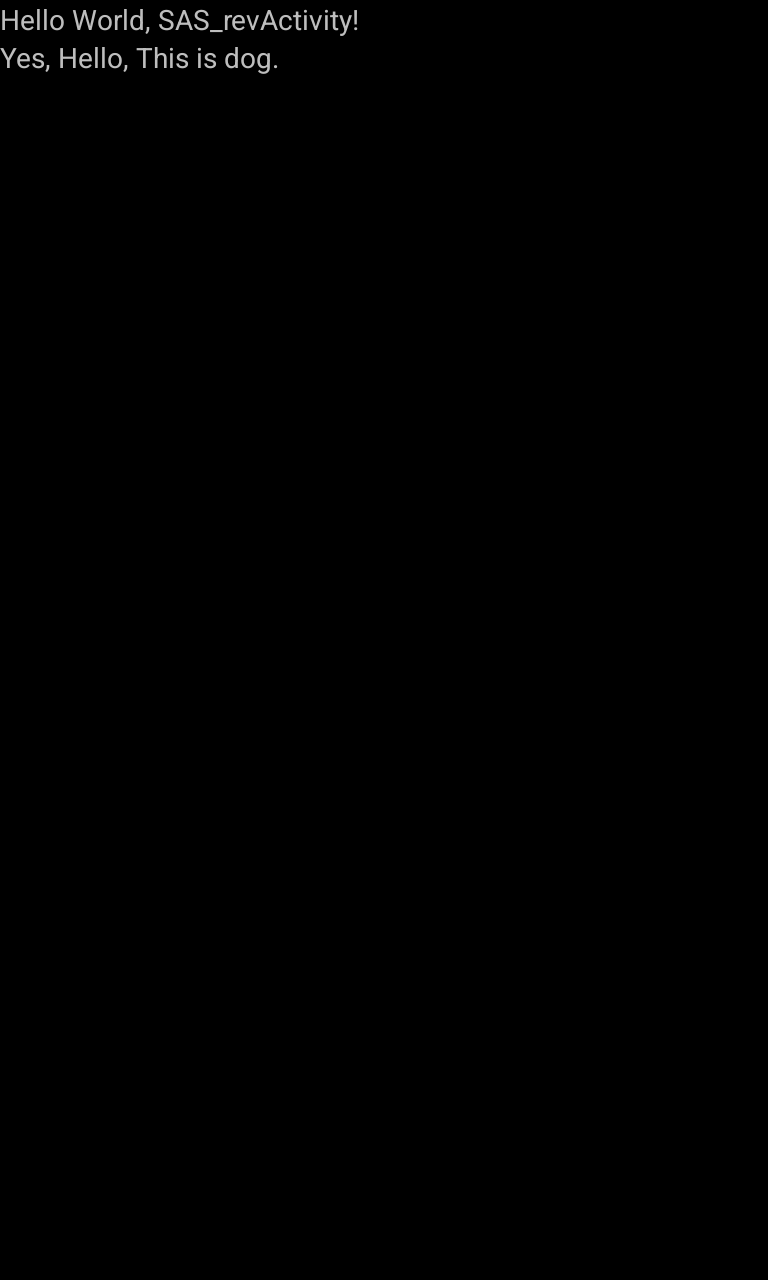
Repository: RaabsIn513/eclipse_workspace
Layout: SAS_rev/res/layout/main.xml
An editor plug-in stored every save of this project. The layout is shown before and after the next save, followed by the edit.
It is drawn on a 768 x 1280 px phone screen (xhdpi) without system bars, with theme android:Theme; the app's code is not run.

Above is the layout before, as saved 2012-02-08 17:38:34.

### SAS_rev/res/layout/main.xml
<?xml version="1.0" encoding="utf-8"?>
<LinearLayout xmlns:android="http://schemas.android.com/apk/res/android"
    android:layout_width="fill_parent"
    android:layout_height="fill_parent"
    android:orientation="vertical" >

    <TextView
        android:layout_width="fill_parent"
        android:layout_height="wrap_content"
        android:text="@string/hello" />

        <TextView
        android:id="@+id/dog"
        android:layout_width="fill_parent"
        android:layout_height="wrap_content"
        android:text="Yes, Hello, This is dog." />

</LinearLayout>

### SAS_rev/res/values/strings.xml
<?xml version="1.0" encoding="utf-8"?>
<resources>

    <string name="hello">Hello World, SAS_revActivity!</string>
    <string name="app_name">SAS_rev</string>

</resources>

After the next save:
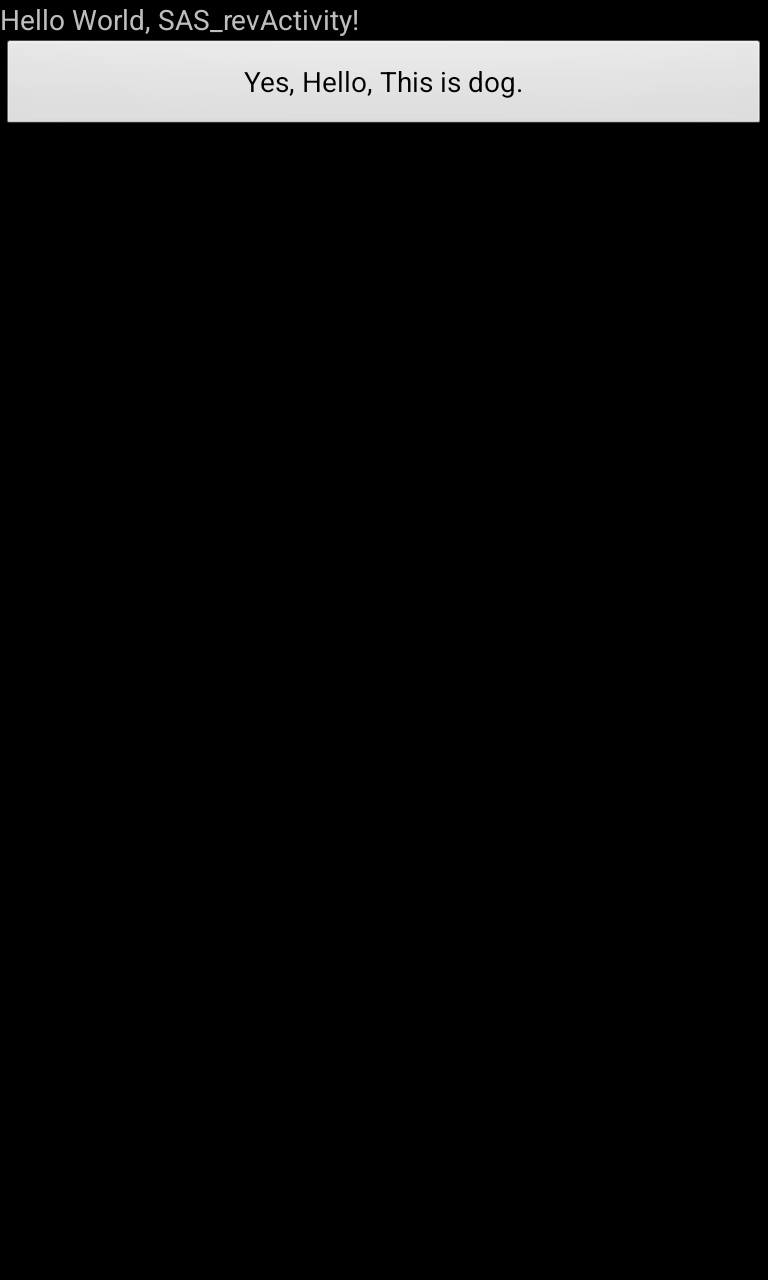
Saved 69 s later.
--- a/SAS_rev/res/layout/main.xml
+++ b/SAS_rev/res/layout/main.xml
@@ -9,7 +9,7 @@
         android:layout_height="wrap_content"
         android:text="@string/hello" />
 
-        <TextView
+        <Button
         android:id="@+id/dog"
         android:layout_width="fill_parent"
         android:layout_height="wrap_content"
